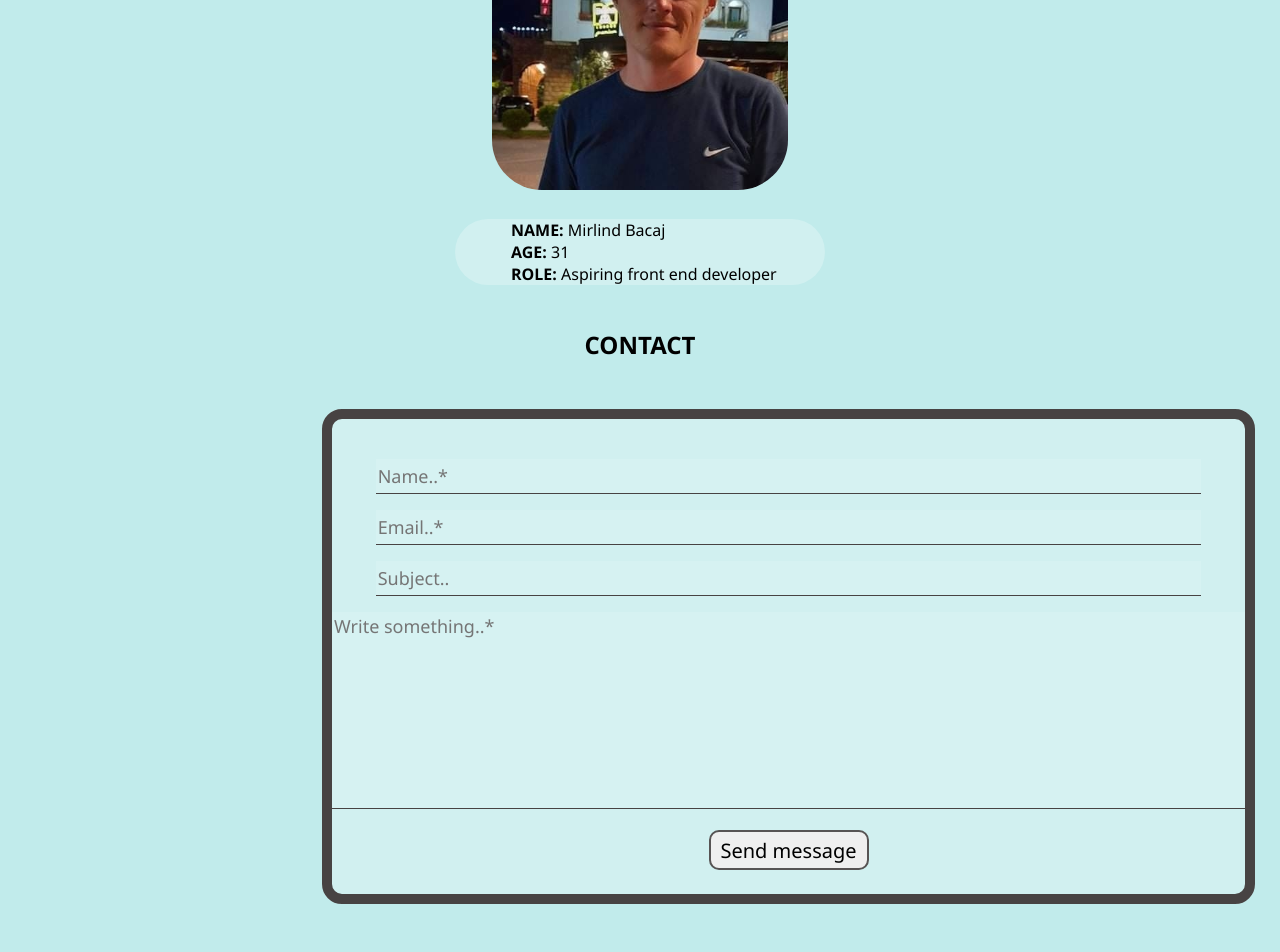
Repository: mirkbirki/mirkbirki.github.io
Page: index.html
These files come from the project's save history. The page is drawn as it stood at one moment and after the next save; the edit follows.
The browser window is 1280 px wide. The pictures show the part of the page from y = 2227 to 3179 px (the page is 3179 px tall before and 3115 px after).
A picture or video elsewhere on the page could not be fetched, so the positions and the page height are approximate.

Above is the page before, as saved 2022-11-25 15:43:23.

### index.html
<!DOCTYPE html>
<html lang="en">
<head>
    <meta charset="UTF-8">
    <meta http-equiv="X-UA-Compatible" content="IE=edge">
    <meta name="viewport" content="width=device-width, initial-scale=1.0">
    <title>Mirlind's portfolio</title>
    <link rel="stylesheet" href="styles.css">
</head>
<body>
    <header>
        <div class="header-bar">
            <h1>Mirlind's portfolio</h1>
            <nav>
                <ul>
                    <li><a href="#skills">Skills</a></li>
                    <li><a href="#projects">Projects</a></li>
                    <li><a href="#about">About</a></li>
                    <li><a href="#contact">Contact</a></li>
                </ul>
            </nav>
        </div>
    </header>
    <div id="skills">
        <h2>SKILLS</h2>
        <div class="left-aligned-text">
            <p class="skills-text"><img class="img-skills" src="scroll.png" />Studied web-development for 6 months</p>
            <p class="skills-text"><img class="img-skills" src="desktop-computer.png" />Frontend specialized</p>
            <p class="skills-text"><img class="img-skills" src="git.png" />Basic knowledge with GIT</p>
            <p class="skills-text"><img class="img-skills" src="html5.png" />Basic knowledge with HTML5</p>
            <p class="skills-text"><img class="img-skills" src="css3.png" />Basic knowledge with CSS3</p>
            <p class="skills-text"><img class="img-skills" src="js.png" />Yet to start learning javascript</p>
        </div>
    </div>
    <div id="projects">
        <h2>PROJECTS</h2>
        <div class="grid-container-projects">
            <div class="grid-project-1">
                <h3>ESTIMERA</h3>
                <img class="img-project" src="estimera.PNG" />
                <p class="projects-text">This was a project which I received from my brother in law. He works for the swedish immigration department
                    and needed a tool which would help him calculate if an applicant is eligeble for work visa. I figured out the logic and
                    applied it in Python. My cousin set up the site using Python/Django and is maintaining it today.</p>
                <ul>
                    <li>Python •</li>
                    <li>HTML5 •</li>
                    <li>CSS3</li>
                </ul>
            </div>
            <div class="grid-project-2">
                <h3>NEXT PROJECT</h3>
                <img class="img-project" src="question-mark.png" />
                <p class="projects-text">Lorem ipsum dolor sit amet consectetur adipisicing elit. Eos labore quae, nisi voluptatibus earum, pariatur iusto, hic minima reiciendis
                    architecto voluptatum dolor quam consectetur explicabo? Modi iste possimus exercitationem minima.</p>
                <ul>
                    <li></li>
                    <li></li>
                    <li></li>
                </ul>
            </div>
        </div>
    </div>
    <div id="about">
        <h2>ABOUT</h2>
        <div class="flex-container-about">
            <div class="flex-1-about">
                <img class=about-img src="jag.jpg" />
            </div>
            <div class="flex-2-about">
                <ul>
                    <li><b>NAME:</b> Mirlind Bacaj</li>
                    <li><b>AGE:</b> 31</li>
                    <li><b>ROLE:</b> Aspiring front end developer</li>
                </ul>
            </div>
        </div>
    </div>
    <div id="contact">
        <h2>CONTACT</h2>
        <form action="URL till servern" method="get">
            <fieldset>
            <input type="text" name="name" value="" required placeholder="Name..*"/>
            <input type="email" name="email" value="" required placeholder="Email..*"/>
            <input type="text" name="subject" value="" placeholder="Subject.."/>
            <textarea name="message" rows="8" cols="86" value="" placeholder="Write something..*"></textarea>
            <button type="button">Send message</button>
            </fieldset>
         </form>
    </div>
</body>
</html>

### styles.css
* {
  font-family:'Segoe UI', Tahoma, Geneva, Verdana, sans-serif;
}

html {
  overflow-x: hidden;
}

body {
  margin: 0;
  width: 100%;
  background-color: rgb(193, 235, 235);
  overflow-x: hidden;
}

/* HEADER */

.header-bar {
  width: 100%;
  height: fit-content;
  background-color: black;
  border-top: 1px solid rgb(0, 0, 0);
  text-align: center;
}

.header-bar h1 {
  color: white;
  padding: 0;
  margin-top: 0.8rem;
}

nav ul {
  list-style-type: none;
  margin: 0 auto;
  padding: 0 0 0.8rem 0;
}

nav li {
  display: inline-block;
  padding-right: 1rem;
  margin-left: 1rem;
}

nav a {
  text-decoration: none;
  color: white;
}

nav a:hover {
  color: gray;
}

/* SKILLS */

#skills {
  width: 740px;
  margin: 5rem auto;
}

#skills h2 {
  text-align: center;
}

.left-aligned-text {
  width: 100%;
  text-align: left;
  margin: 0 auto;
}

.skills-text {
  padding: 0.5rem;
  margin-left: 11.5rem;
  font-weight: 500;
}

.img-skills {
  width: 9%;
  padding-right: 1rem;
  vertical-align: middle;
}

/* PROJECTS */

#projects {
  width: 80%;
  margin: 7.5rem auto;
  text-align: center;
}

.grid-container-projects {
  display: grid;
  grid-template-columns: auto auto;
  grid-template-rows: auto;
  text-align: center;
  height: 100%;
  margin: 0 auto;
  gap: 2em;
}

.grid-project-1 {
  text-align: center;
}

.grid-project-1 h3 {
  text-decoration: underline;
  text-decoration-thickness: 3px;
}

.img-project {
  display: block;
  width: 70%;
  height: 65%;
  margin: 0 auto;
}

.projects-text {
  margin: 0 auto;
  text-align: left;
  width: 65%;
  padding: 1rem 0 1rem 0;
  font-weight: 450;
}

#projects ul {
  list-style-type: none;
  text-align: center;
  margin: 0 auto;
  width: 80%;
  padding: 0;
}

#projects li {
  font-weight: bold;
  display: inline;
}

.grid-project-2 h3 {
  text-align: center;
  text-decoration: underline;
  text-decoration-thickness: 3px;
}

.grid-project-2 {
  text-align: left;
}

/* ABOUT */

#about {
  margin: 10rem auto;
  width: 1280px;
  text-align: center;
}

.flex-container-about {
  margin: 3.2rem auto;
  display: flex;
  flex-direction: row;
  align-items: center;
}

.flex-1-about {
  width: 50%;
}

.about-img {
  width: 50%;
  border-radius: 50px;
}

.flex-2-about {
  width: 40%;
}

#about ul {
  background-color: rgba(255, 255, 255, 0.25);
  border-radius: 50px;
  list-style-type: none;
  font-size: 24px;
  margin-left: 3.5rem;
}

#about li {
  text-align: left;
}

/* CONTACT */

#contact {
  text-align: center;
  margin: -2rem auto 0 auto;
}

#contact form {
  width: 50%;
  margin: 3rem auto;
}

#contact fieldset {
  padding: 1.5rem 0;
  border: 10px solid rgb(71, 67, 67);
  border-radius: 20px;
  background-color: rgba(255, 255, 255, 0.25);
}

#contact input {
  display: block;
  width: 90%;
  height: 2rem;
  margin: 1rem auto 1rem auto;
  font-size: 18px;
  border: none;
  border-bottom: 1px solid rgb(71, 67, 67);
  background-color: rgba(255, 255, 255, 0.1);
}

#contact textarea {
  resize: none;
  font-size: 18px;
  border: none;
  border-bottom: 1px solid rgb(71, 67, 67);
  background-color: rgba(255, 255, 255, 0.1);
}

#contact button {
  margin: 1rem auto 0 auto;
  width: 10rem;
  height: 2.5rem;
  font-size: 20px;
  font-weight: 500;
  border: 2px solid rgb(87, 84, 84);
  border-radius: 10px;
}

@media screen and (max-width: 1280px) {

/* SKILLS */

  #skills {
    width: 740px;
    margin: 2rem auto;
  }

  /* PROJECTS */

  #projects {
    width: 80%;
    margin: 4rem auto;
  }

  .grid-container-projects {
    display: block;
  }

  .grid-project-1 {
    padding-top: 0.1rem;
  }

  .img-project {
    width: 50%;
    height: 30%;
  }

  .projects-text {
    width: 50%;
  }

  .grid-project-2 {
    padding-top: 1.5rem;
  }

  /* ABOUT */

  #about {
    margin: 0 auto;
    width: 740px;
  }

  .flex-container-about {
    flex-direction: column;
  }

  .flex-1-about {
    width: 100%;
  }

  .about-img {
    width: 40%;
  }

  .flex-2-about {
    width: 50%;
  }

  #about ul {
    margin-left: 0;
  }

  #about li {
    font-size: 16px;
    font-weight: 500;
    text-align: left;
    margin-left: 1rem;
  }

}

@media screen and (max-width: 750px) {

  /* HEADER */

  nav li {
    padding-right: 0.5rem;
    margin-left: 0.5rem;
  }

  /* SKILLS */

  #skills {
    width: 500px;
  }

  .skills-text {
    margin-left: 4.5rem;
  }

 /* PROJECTS */

  #projects {
    width: 100%;
    margin: 4rem auto;
  }

  .img-project {
    width: 50%;
    height: 30%;
  }

  /* ABOUT */

  #about {
    width: 100%;
  }

  .about-img {
    min-width: 240px;
    width: 45%;
  }

  #about ul {
    border-radius: 20px;
    width: fit-content;
    padding: 0.3rem;
    font-size: 16px;
    margin: 1rem auto;
  }

  #about li {
    font-size: 15px;
    font-weight: 500;
    text-align: left;
    margin-left: 1rem;
  }

}

@media screen and (max-width: 520px) {

  /* SKILLS */

  #skills {
    width: 300px;
  }

  .skills-text {
    margin: 0 auto;
    text-align: center;
  }

  .img-skills {
    margin: 0 175px 0 125px;
    width: 12%;
    padding: 0.5rem 0 0.2rem 0;
  }

  /* PROJECTS */

  .img-project {
    width: 50%;
    height: 30%;
  }

  .projects-text {
    font-size: 14px;
  }

  #projects li {
    font-size: 13px;
  }

  /* ABOUT */

  #about ul {
    width: 100%;
  }

  #about li {
    font-size: 14px;
  }

}

After the next save:
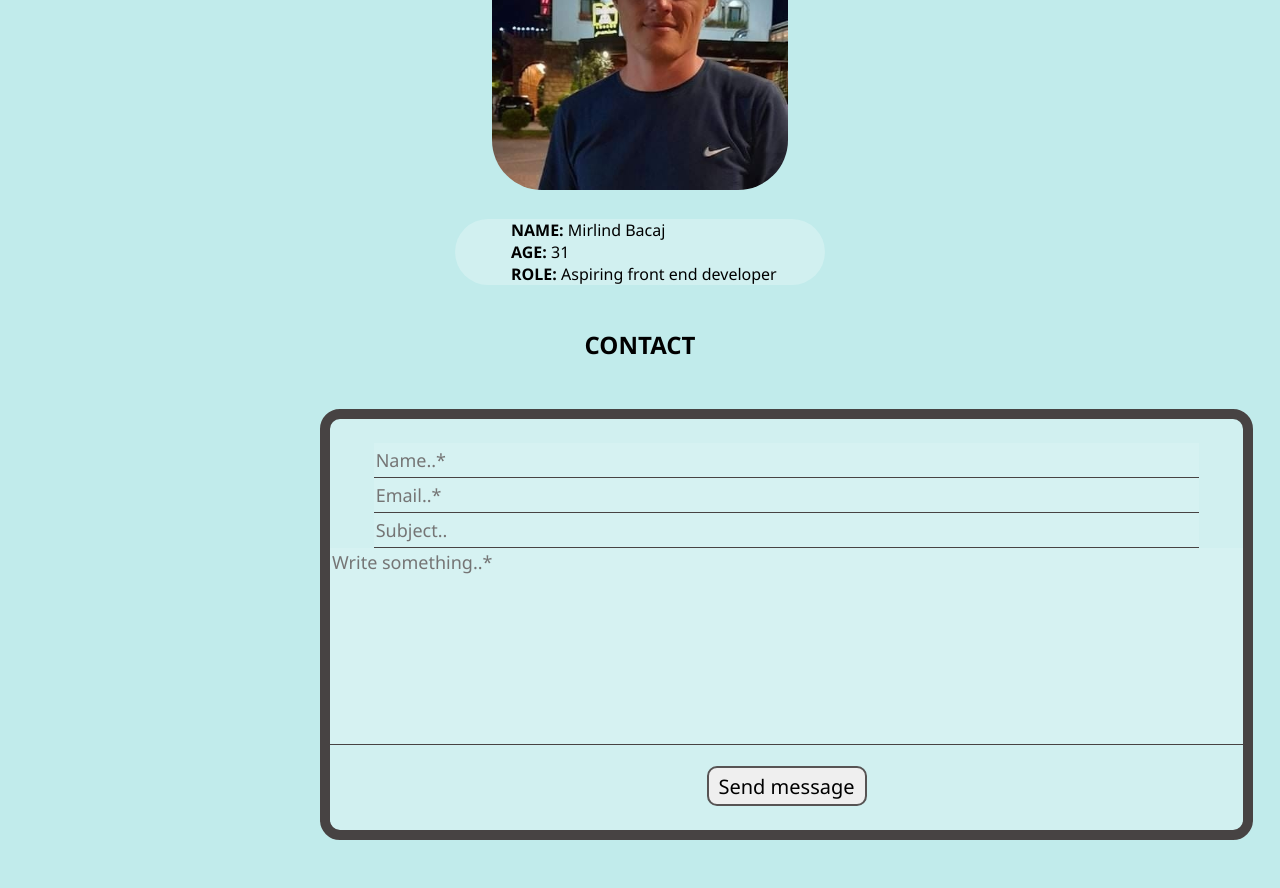
Saved 66 min 14 s later.
--- a/styles.css
+++ b/styles.css
@@ -201,6 +201,7 @@ nav a:hover {
   border: 10px solid rgb(71, 67, 67);
   border-radius: 20px;
   background-color: rgba(255, 255, 255, 0.25);
+  margin: 0 auto;
 }
 
 #contact input {
@@ -212,6 +213,7 @@ nav a:hover {
   border: none;
   border-bottom: 1px solid rgb(71, 67, 67);
   background-color: rgba(255, 255, 255, 0.1);
+  margin: 0 auto;
 }
 
 #contact textarea {
@@ -220,6 +222,7 @@ nav a:hover {
   border: none;
   border-bottom: 1px solid rgb(71, 67, 67);
   background-color: rgba(255, 255, 255, 0.1);
+  margin: 0 auto;
 }
 
 #contact button {
